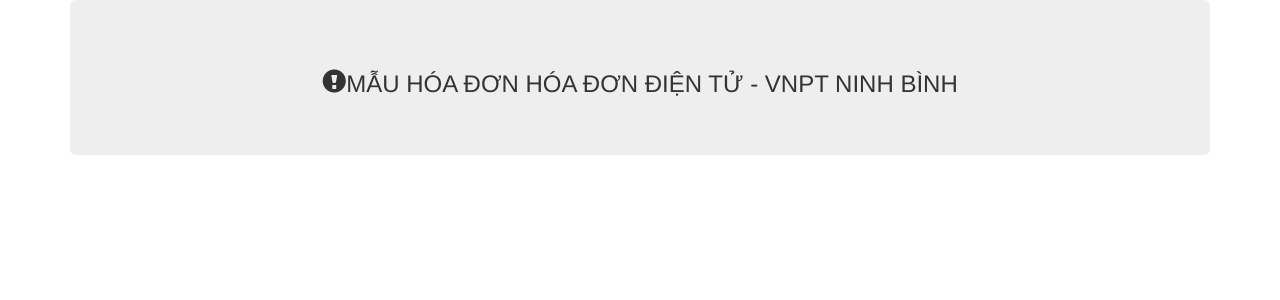
Repository: hoadonvnptninhbinh/hoadonvnptninhbinh
Page: index.html
The author's editor kept a copy of each file at every save. The page is drawn from the files as they stood at one save, then again after the next save.
The browser window is 1280 px wide. The pictures show the whole page.

Above is the page before, as saved 2020-04-07 14:12:58.

After the next save:
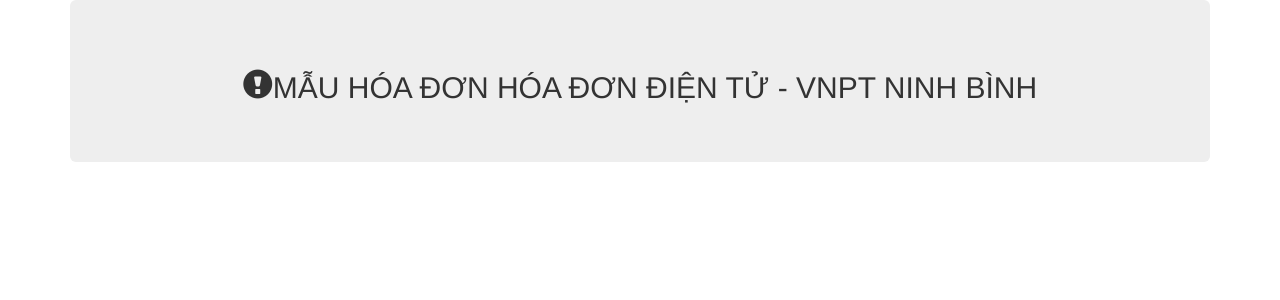
Saved 29 s later.
--- a/index.html
+++ b/index.html
@@ -15,7 +15,7 @@
   <body>
       <div class='container'>
           <div class="jumbotron">
-            <h3 style="text-align: center;"><span class="glyphicon glyphicon-exclamation-sign"></span>MẪU HÓA ĐƠN HÓA ĐƠN ĐIỆN TỬ - VNPT NINH BÌNH</h3>
+            <h2 style="text-align: center;"><span class="glyphicon glyphicon-exclamation-sign"></span>MẪU HÓA ĐƠN HÓA ĐƠN ĐIỆN TỬ - VNPT NINH BÌNH</h2>
           </div>
       </div>
 
